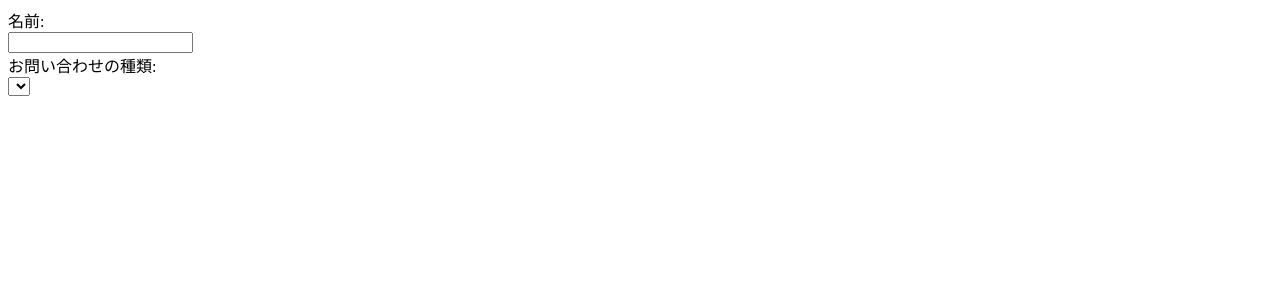
Repository: hmori696/test
Page: http://localhost/HelloServlet/inquiry.jsp
The author's editor kept a copy of each file at every save. The page is drawn from the files as they stood at one save, then again after the next save.
The browser window is 1280 px wide. The pictures show the whole page.
The page is served by Tomcat 9.

Above is the page before, as saved 2019-08-28 11:32:27.

After the next save:
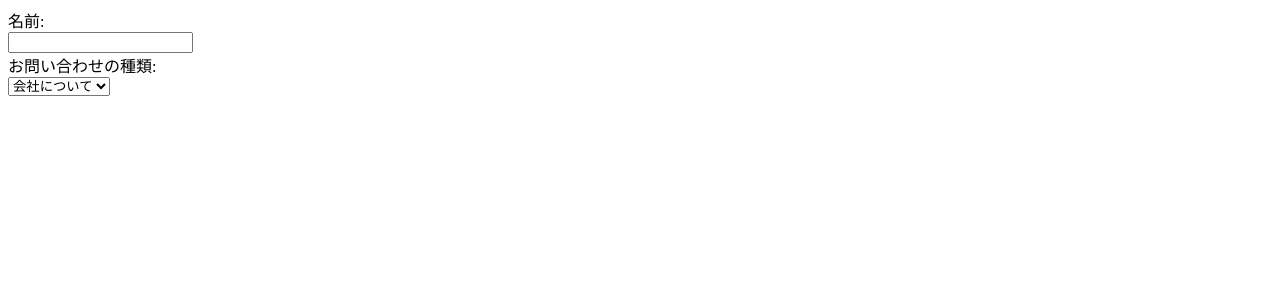
Saved 54 s later.
--- a/HelloServlet/WebContent/inquiry.jsp
+++ b/HelloServlet/WebContent/inquiry.jsp
@@ -10,6 +10,8 @@
     <form method="post"action="InquiryServlet">
        名前:<br> <input type="text"name="name"><br>
        お問い合わせの種類:<br> <select name="qtype">
+            <option value="company">会社について</option>
+
 
 
 
